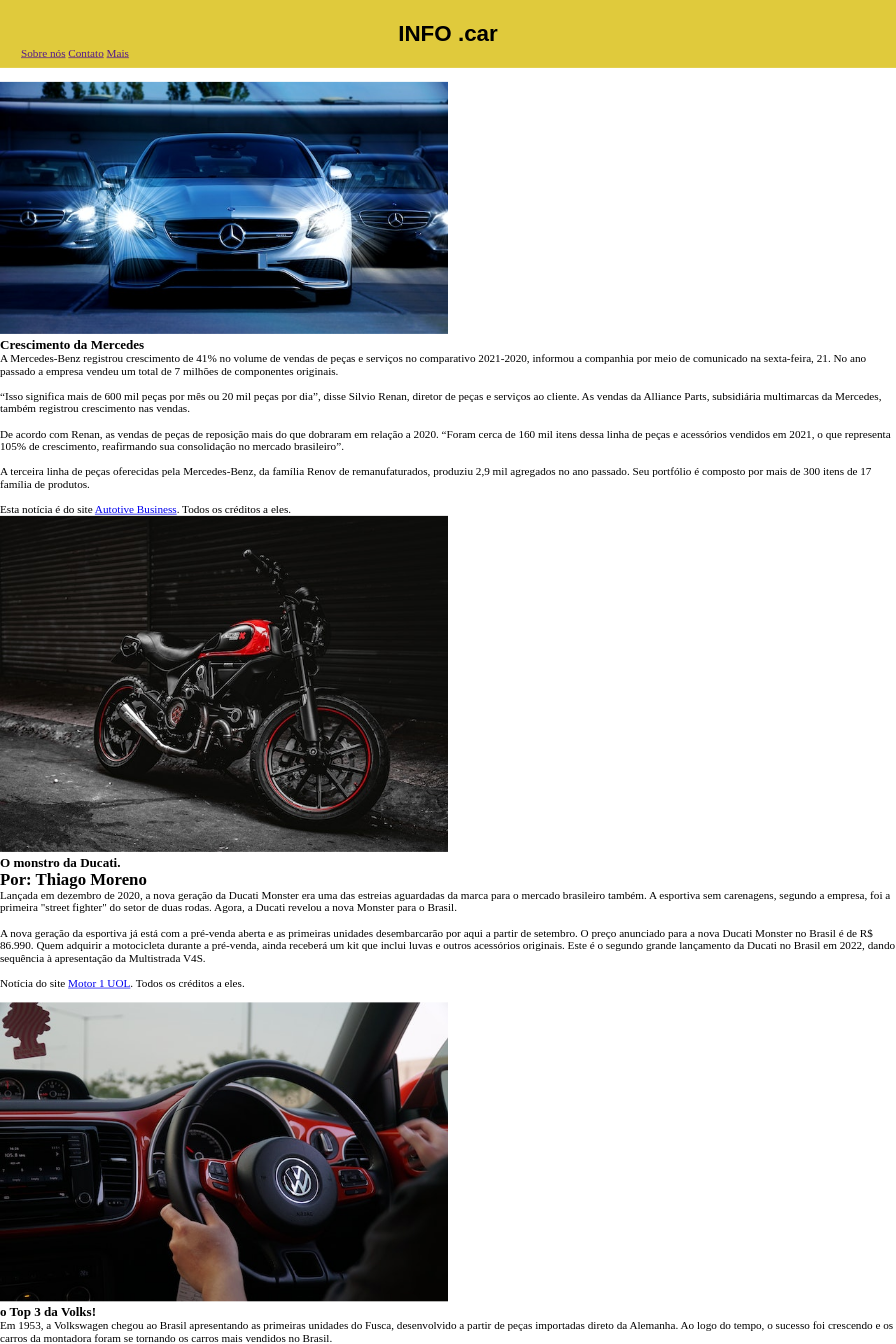
Repository: Leonngc/projeto-info.car
Page: index.html
The author's editor kept a copy of each file at every save. The page is drawn from the files as they stood at one save, then again after a run of saves.
The browser window is 1280 px wide. The pictures show the part of the page from y = 0 to 1920 px (the page is 3310 px tall), at 70% of full size.
Some web fonts or font styles are not loaded; a fallback is used.

Above is the page before, as saved 2022-10-30 12:37:11.

After the next 2 saves:
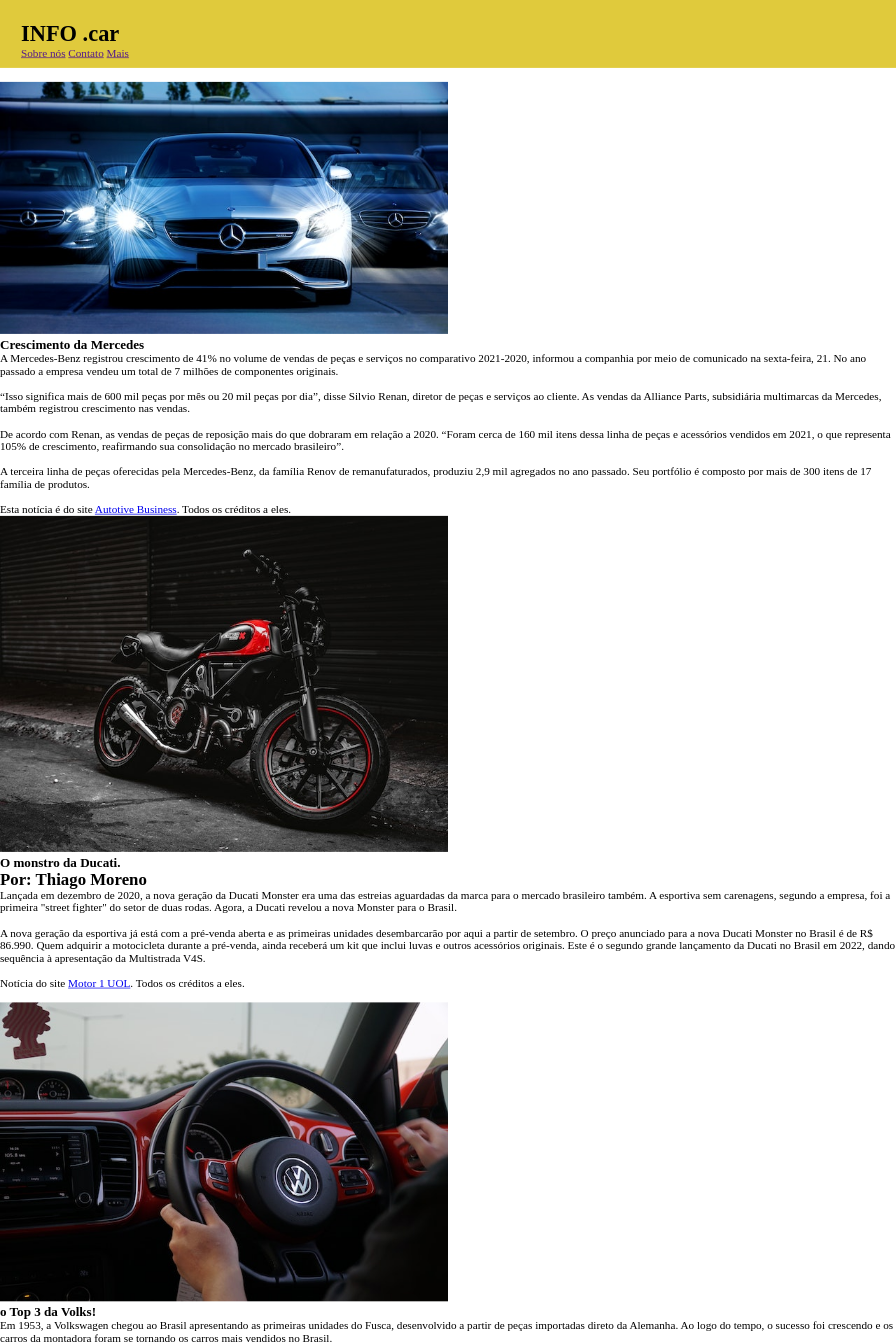
The 2 saves are shown as one change because they came seconds apart.
The last was saved 6 s later.
--- a/style.css
+++ b/style.css
@@ -18,7 +18,7 @@
 
 }
 
-
+.menu-link
 
 .title{
     font-family: 'Michroma', sans-serif;

After the save that followed:
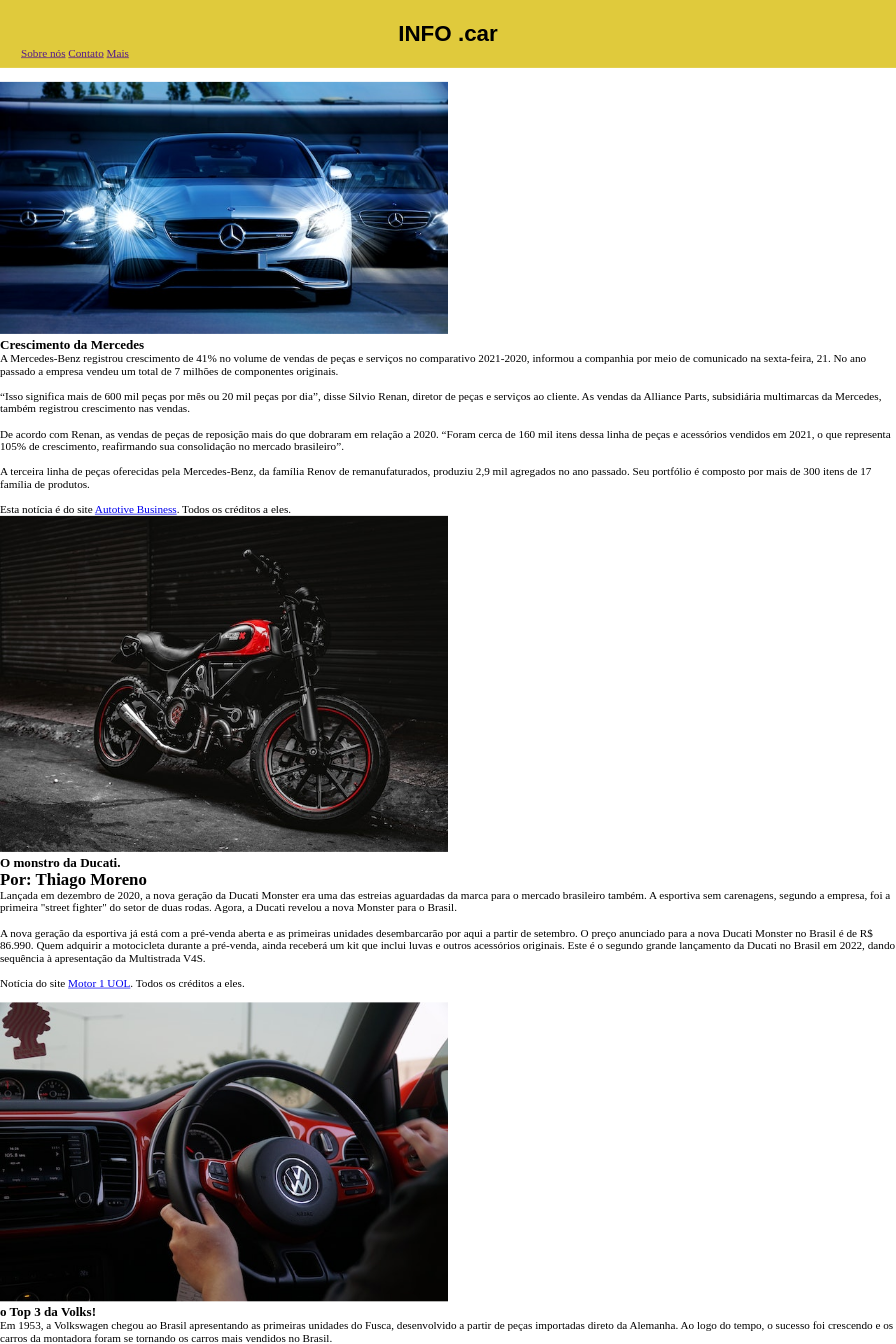
Saved 5 s later.
--- a/style.css
+++ b/style.css
@@ -18,7 +18,10 @@
 
 }
 
-.menu-link
+.menu-link{
+
+
+}
 
 .title{
     font-family: 'Michroma', sans-serif;
